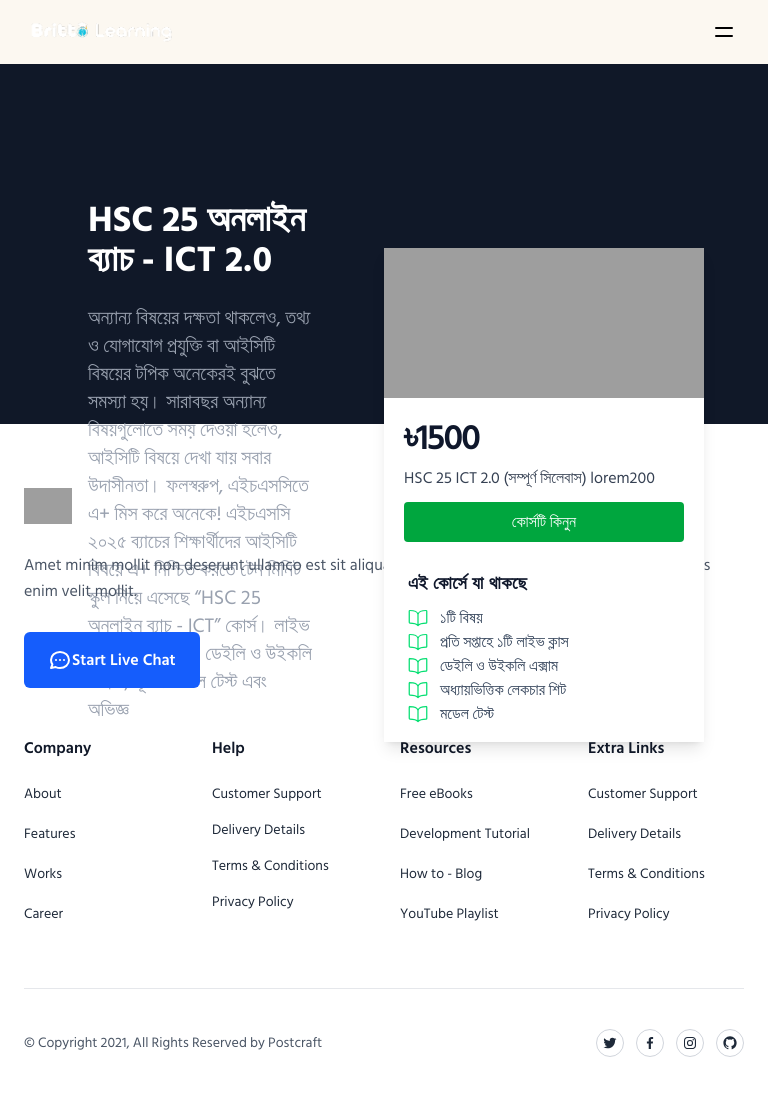
Repository: Ruddro420/course-selling
Page: /single-course
These files come from the project's save history. The page is drawn as it stood at one moment and after the next save; the edit follows.
The browser window is 768 px wide. The pictures show the whole page.
Pictures or frames that could not be fetched are drawn as grey boxes. The project was rebuilt for these pictures with package versions that can differ from the ones it lists, and the page was loaded fresh each time. Also part of the build but not shown: vite.config.js, src/components/AboutSection.jsx, src/components/ContactSection.jsx, src/components/CourseSection.jsx, src/components/Hero.jsx, src/components/TeamSection.jsx, src/components/WhyUsSection.jsx, src/pages/Home.jsx and 2 more.

Above is the page before, as saved 2025-02-06 03:43:09.

### index.html
<!doctype html>
<html lang="en">

<head>
  <meta charset="UTF-8" />
  <link rel="icon" type="image/svg+xml" href="/img/fav-icon.jpg" />
  <meta name="viewport" content="width=device-width, initial-scale=1.0" />
  <link rel="preconnect" href="https://fonts.googleapis.com">
  <link rel="preconnect" href="https://fonts.gstatic.com" crossorigin>
  <link href="https://fonts.googleapis.com/css2?family=Hind+Siliguri:wght@300;400;500;600;700&display=swap"
    rel="stylesheet">
  <title>Britto Learning</title>
</head>

<body>
  <div id="root"></div>
  <script type="module" src="/src/main.jsx"></script>
</body>

</html>

### src/main.jsx
import { StrictMode } from 'react'
import { createRoot } from 'react-dom/client'
import './index.css'
import {
  createBrowserRouter,
  RouterProvider,
} from "react-router-dom";
import Home from './pages/Home.jsx';
import MainLayout from './MainLayout/MainLayout.jsx';
import LoginPage from './pages/LoginPage.jsx';
import AuthPage from './pages/AuthPage.jsx';
import CoursePage from './pages/CoursePage.jsx';

const router = createBrowserRouter([
  {
    path: "/",
    element: <MainLayout />,
    children: [
      {
        path: '/',
        element: <Home />
      },
      {
        path: '/single-course',
        element: <CoursePage />
      }
    ]
  },
  {
    path: '/login',
    element: <LoginPage />
  },
  {
    path: '/register',
    element: <AuthPage />
  }
]);

createRoot(document.getElementById('root')).render(
  <StrictMode>
    <RouterProvider router={router} />
  </StrictMode>,
)

### src/index.css
@import "tailwindcss";
/* Hind Siliguri Font */
@import url('https://fonts.googleapis.com/css2?family=Hind+Siliguri:wght@300;400;500;600;700&display=swap');

/* Basic Setup */
body {
  font-family: "Hind Siliguri", serif!important;
}

### src/MainLayout/MainLayout.jsx
import { Outlet } from "react-router-dom";
import Header from "../components/Header";
import MainFooter from "../components/MainFooter";

const MainLayout = () => {
    return (
        <div>
            <Header />
            <Outlet />
            <MainFooter />
        </div>
    );
};

export default MainLayout;

### src/pages/CoursePage.jsx

import CourseHero from '../components/courseComponent/CourseHero';

const CoursePage = () => {
  return (
    <>
      <CourseHero />
    </>
  );
};

export default CoursePage;

### src/components/Header.jsx
import { Link } from "react-router-dom";

const Header = () => {
    return (
        <div>
            <header className="bg-[#FCF8F1] bg-opacity-30">
                <div className="px-4 mx-auto sm:px-6 lg:px-8">
                    <div className="flex items-center justify-between h-16 lg:h-20">
                        <div className="flex-shrink-0">
                            <a href="#" title="" className="flex">
                                <img className="w-auto h-8" src="../../img/logo.png" alt="" />
                            </a>
                        </div>

                        <button type="button" className="inline-flex p-2 text-black transition-all duration-200 rounded-md lg:hidden focus:bg-gray-100 hover:bg-gray-100">
                            {/*    <!-- Menu open: "hidden", Menu closed: "block" --> */}
                            <svg className="block w-6 h-6" xmlns="http://www.w3.org/2000/svg" fill="none" viewBox="0 0 24 24" stroke="currentColor">
                                <path strokeLinecap="round" strokeLinejoin="round" strokeWidth="2" d="M4 8h16M4 16h16"></path>
                            </svg>

                            {/*  <!-- Menu open: "block", Menu closed: "hidden" --> */}
                            <svg className="hidden w-6 h-6" xmlns="http://www.w3.org/2000/svg" fill="none" viewBox="0 0 24 24" stroke="currentColor">
                                <path strokeLinecap="round" strokeLinejoin="round" strokeWidth="2" d="M6 18L18 6M6 6l12 12"></path>
                            </svg>
                        </button>

                        <div className="hidden lg:flex lg:items-center lg:justify-center lg:space-x-10">
                            <a href="#" title="" className="text-base text-black transition-all duration-200 hover:text-opacity-80 font-bold"> হোম </a>

                            <a href="#" title="" className="text-base text-black transition-all duration-200 hover:text-opacity-80 font-bold"> আমাদের সম্পর্কে </a>

                            <a href="#" title="" className="text-base text-black transition-all duration-200 hover:text-opacity-80 font-bold"> কোর্স সমূহ </a>

                            <a href="#" title="" className="text-base text-black transition-all duration-200 hover:text-opacity-80 font-bold"> যোগাযোগ </a>
                        </div>

                        <Link to='/login' href="#" title="" className="hidden lg:inline-flex items-center justify-center px-5 py-2.5 text-base transition-all duration-200 hover:bg-yellow-300 hover:text-black focus:text-black focus:bg-yellow-300 font-semibold text-white bg-black rounded-full" role="button"> লগইন করুন </Link>
                    </div>
                </div>
            </header>
        </div>
    );
};

export default Header;

### src/components/MainFooter.jsx

const MainFooter = () => {
    return (
        <div>
            <section className="py-10 bg-white sm:pt-16 lg:pt-24">
                <div className="px-4 mx-auto sm:px-6 lg:px-8 max-w-7xl">
                    <div className="grid grid-cols-2 md:grid-cols-4 lg:grid-cols-12 gap-y-12 gap-x-8 xl:gap-x-12">
                        <div className="col-span-2 md:col-span-4 xl:pr-8">
                            <img className="w-auto h-9" src="https://cdn.rareblocks.xyz/collection/celebration/images/logo.svg" alt="" />

                            <p className="text-base leading-relaxed text-gray-600 mt-7">Amet minim mollit non deserunt ullamco est sit aliqua dolor do amet sint. Velit officia consequat duis enim velit mollit.</p>

                            <a href="#" title="" className="inline-flex items-center justify-center px-6 py-4 font-semibold text-white transition-all duration-200 bg-blue-600 rounded-md hover:bg-blue-700 focus:bg-blue-700 mt-7">
                                <svg className="w-6 h-6" xmlns="http://www.w3.org/2000/svg" fill="none" viewBox="0 0 24 24" stroke="currentColor">
                                    <path strokeLinecap="round" strokeLinejoin="round" strokeWidth="2" d="M8 12h.01M12 12h.01M16 12h.01M21 12c0 4.418-4.03 8-9 8a9.863 9.863 0 01-4.255-.949L3 20l1.395-3.72C3.512 15.042 3 13.574 3 12c0-4.418 4.03-8 9-8s9 3.582 9 8z" />
                                </svg>
                                Start Live Chat
                            </a>
                        </div>

                        <div className="lg:col-span-2">
                            <p className="text-base font-semibold text-gray-900">Company</p>

                            <ul className="mt-6 space-y-5">
                                <li>
                                    <a href="#" title="" className="flex text-sm text-gray-800 transition-all duration-200 hover:text-orange-600 focus:text-orange-600"> About </a>
                                </li>

                                <li>
                                    <a href="#" title="" className="flex text-sm text-gray-800 transition-all duration-200 hover:text-orange-600 focus:text-orange-600"> Features </a>
                                </li>

                                <li>
                                    <a href="#" title="" className="flex text-sm text-gray-800 transition-all duration-200 hover:text-orange-600 focus:text-orange-600"> Works </a>
                                </li>

                                <li>
                                    <a href="#" title="" className="flex text-sm text-gray-800 transition-all duration-200 hover:text-orange-600 focus:text-orange-600"> Career </a>
                                </li>
                            </ul>
                        </div>

                        <div className="lg:col-span-2">
                            <p className="text-base font-semibold text-gray-900">Help</p>

                            <ul className="mt-6 space-y-4">
                                <li>
                                    <a href="#" title="" className="flex text-sm text-gray-800 transition-all duration-200 hover:text-orange-600 focus:text-orange-600"> Customer Support </a>
                                </li>

                                <li>
                                    <a href="#" title="" className="flex text-sm text-gray-800 transition-all duration-200 hover:text-orange-600 focus:text-orange-600"> Delivery Details </a>
                                </li>

                                <li>
                                    <a href="#" title="" className="flex text-sm text-gray-800 transition-all duration-200 hover:text-orange-600 focus:text-orange-600"> Terms & Conditions </a>
                                </li>

                                <li>
                                    <a href="#" title="" className="flex text-sm text-gray-800 transition-all duration-200 hover:text-orange-600 focus:text-orange-600"> Privacy Policy </a>
                                </li>
                            </ul>
                        </div>

                        <div className="lg:col-span-2">
                            <p className="text-base font-semibold text-gray-900">Resources</p>

                            <ul className="mt-6 space-y-5">
                                <li>
                                    <a href="#" title="" className="flex text-sm text-gray-800 transition-all duration-200 hover:text-orange-600 focus:text-orange-600"> Free eBooks </a>
                                </li>

                                <li>
                                    <a href="#" title="" className="flex text-sm text-gray-800 transition-all duration-200 hover:text-orange-600 focus:text-orange-600"> Development Tutorial </a>
                                </li>

                                <li>
                                    <a href="#" title="" className="flex text-sm text-gray-800 transition-all duration-200 hover:text-orange-600 focus:text-orange-600"> How to - Blog </a>
                                </li>

                                <li>
                                    <a href="#" title="" className="flex text-sm text-gray-800 transition-all duration-200 hover:text-orange-600 focus:text-orange-600"> YouTube Playlist </a>
                                </li>
                            </ul>
                        </div>

                        <div className="lg:col-span-2">
                            <p className="text-base font-semibold text-gray-900">Extra Links</p>

                            <ul className="mt-6 space-y-5">
                                <li>
                                    <a href="#" title="" className="flex text-sm text-gray-800 transition-all duration-200 hover:text-orange-600 focus:text-orange-600"> Customer Support </a>
                                </li>

                                <li>
                                    <a href="#" title="" className="flex text-sm text-gray-800 transition-all duration-200 hover:text-orange-600 focus:text-orange-600"> Delivery Details </a>
                                </li>

                                <li>
                                    <a href="#" title="" className="flex text-sm text-gray-800 transition-all duration-200 hover:text-orange-600 focus:text-orange-600"> Terms & Conditions </a>
                                </li>

                                <li>
                                    <a href="#" title="" className="flex text-sm text-gray-800 transition-all duration-200 hover:text-orange-600 focus:text-orange-600"> Privacy Policy </a>
                                </li>
                            </ul>
                        </div>
                    </div>

                    <hr className="mt-16 mb-10 border-gray-200" />

                    <div className="sm:flex sm:items-center sm:justify-between">
                        <p className="text-sm text-gray-600">© Copyright 2021, All Rights Reserved by Postcraft</p>

                        <ul className="flex items-center mt-5 space-x-3 md:order-3 sm:mt-0">
                            <li>
                                <a
                                    href="#"
                                    title=""
                                    className="flex items-center justify-center text-gray-800 transition-all duration-200 bg-transparent border border-gray-300 rounded-full w-7 h-7 focus:bg-orange-600 hover:text-white focus:text-white hover:bg-orange-600 hover:border-orange-600 focus:border-orange-600"
                                >
                                    <svg className="w-4 h-4" xmlns="http://www.w3.org/2000/svg" viewBox="0 0 24 24" fill="currentColor">
                                        <path
                                            d="M19.633 7.997c.013.175.013.349.013.523 0 5.325-4.053 11.461-11.46 11.461-2.282 0-4.402-.661-6.186-1.809.324.037.636.05.973.05a8.07 8.07 0 0 0 5.001-1.721 4.036 4.036 0 0 1-3.767-2.793c.249.037.499.062.761.062.361 0 .724-.05 1.061-.137a4.027 4.027 0 0 1-3.23-3.953v-.05c.537.299 1.16.486 1.82.511a4.022 4.022 0 0 1-1.796-3.354c0-.748.199-1.434.548-2.032a11.457 11.457 0 0 0 8.306 4.215c-.062-.3-.1-.611-.1-.923a4.026 4.026 0 0 1 4.028-4.028c1.16 0 2.207.486 2.943 1.272a7.957 7.957 0 0 0 2.556-.973 4.02 4.02 0 0 1-1.771 2.22 8.073 8.073 0 0 0 2.319-.624 8.645 8.645 0 0 1-2.019 2.083z"
                                        ></path>
                                    </svg>
                                </a>
                            </li>

                            <li>
                                <a
                                    href="#"
                                    title=""
                                    className="flex items-center justify-center text-gray-800 transition-all duration-200 bg-transparent border border-gray-300 rounded-full w-7 h-7 focus:bg-orange-600 hover:text-white focus:text-white hover:bg-orange-600 hover:border-orange-600 focus:border-orange-600"
                                >
                                    <svg className="w-4 h-4" xmlns="http://www.w3.org/2000/svg" viewBox="0 0 24 24" fill="currentColor">
                                        <path d="M13.397 20.997v-8.196h2.765l.411-3.209h-3.176V7.548c0-.926.258-1.56 1.587-1.56h1.684V3.127A22.336 22.336 0 0 0 14.201 3c-2.444 0-4.122 1.492-4.122 4.231v2.355H7.332v3.209h2.753v8.202h3.312z"></path>
                                    </svg>
                                </a>
                            </li>

                            <li>
                                <a
                                    href="#"
                                    title=""
                                    className="flex items-center justify-center text-gray-800 transition-all duration-200 bg-transparent border border-gray-300 rounded-full w-7 h-7 focus:bg-orange-600 hover:text-white focus:text-white hover:bg-orange-600 hover:border-orange-600 focus:border-orange-600"
                                >
                                    <svg className="w-4 h-4" xmlns="http://www.w3.org/2000/svg" viewBox="0 0 24 24" fill="currentColor">
                                        <path d="M11.999 7.377a4.623 4.623 0 1 0 0 9.248 4.623 4.623 0 0 0 0-9.248zm0 7.627a3.004 3.004 0 1 1 0-6.008 3.004 3.004 0 0 1 0 6.008z"></path>
                                        <circle cx="16.806" cy="7.207" r="1.078"></circle>
                                        <path
                                            d="M20.533 6.111A4.605 4.605 0 0 0 17.9 3.479a6.606 6.606 0 0 0-2.186-.42c-.963-.042-1.268-.054-3.71-.054s-2.755 0-3.71.054a6.554 6.554 0 0 0-2.184.42 4.6 4.6 0 0 0-2.633 2.632 6.585 6.585 0 0 0-.419 2.186c-.043.962-.056 1.267-.056 3.71 0 2.442 0 2.753.056 3.71.015.748.156 1.486.419 2.187a4.61 4.61 0 0 0 2.634 2.632 6.584 6.584 0 0 0 2.185.45c.963.042 1.268.055 3.71.055s2.755 0 3.71-.055a6.615 6.615 0 0 0 2.186-.419 4.613 4.613 0 0 0 2.633-2.633c.263-.7.404-1.438.419-2.186.043-.962.056-1.267.056-3.71s0-2.753-.056-3.71a6.581 6.581 0 0 0-.421-2.217zm-1.218 9.532a5.043 5.043 0 0 1-.311 1.688 2.987 2.987 0 0 1-1.712 1.711 4.985 4.985 0 0 1-1.67.311c-.95.044-1.218.055-3.654.055-2.438 0-2.687 0-3.655-.055a4.96 4.96 0 0 1-1.669-.311 2.985 2.985 0 0 1-1.719-1.711 5.08 5.08 0 0 1-.311-1.669c-.043-.95-.053-1.218-.053-3.654 0-2.437 0-2.686.053-3.655a5.038 5.038 0 0 1 .311-1.687c.305-.789.93-1.41 1.719-1.712a5.01 5.01 0 0 1 1.669-.311c.951-.043 1.218-.055 3.655-.055s2.687 0 3.654.055a4.96 4.96 0 0 1 1.67.311 2.991 2.991 0 0 1 1.712 1.712 5.08 5.08 0 0 1 .311 1.669c.043.951.054 1.218.054 3.655 0 2.436 0 2.698-.043 3.654h-.011z"
                                        ></path>
                                    </svg>
                                </a>
                            </li>

                            <li>
                                <a
                                    href="#"
                                    title=""
                                    className="flex items-center justify-center text-gray-800 transition-all duration-200 bg-transparent border border-gray-300 rounded-full w-7 h-7 focus:bg-orange-600 hover:text-white focus:text-white hover:bg-orange-600 hover:border-orange-600 focus:border-orange-600"
                                >
                                    <svg className="w-4 h-4" xmlns="http://www.w3.org/2000/svg" viewBox="0 0 24 24" fill="currentColor">
                                        <path
                                            fillRule="evenodd"
                                            clipRule="evenodd"
                                            d="M12.026 2c-5.509 0-9.974 4.465-9.974 9.974 0 4.406 2.857 8.145 6.821 9.465.499.09.679-.217.679-.481 0-.237-.008-.865-.011-1.696-2.775.602-3.361-1.338-3.361-1.338-.452-1.152-1.107-1.459-1.107-1.459-.905-.619.069-.605.069-.605 1.002.07 1.527 1.028 1.527 1.028.89 1.524 2.336 1.084 2.902.829.091-.645.351-1.085.635-1.334-2.214-.251-4.542-1.107-4.542-4.93 0-1.087.389-1.979 1.024-2.675-.101-.253-.446-1.268.099-2.64 0 0 .837-.269 2.742 1.021a9.582 9.582 0 0 1 2.496-.336 9.554 9.554 0 0 1 2.496.336c1.906-1.291 2.742-1.021 2.742-1.021.545 1.372.203 2.387.099 2.64.64.696 1.024 1.587 1.024 2.675 0 3.833-2.33 4.675-4.552 4.922.355.308.675.916.675 1.846 0 1.334-.012 2.41-.012 2.737 0 .267.178.577.687.479C19.146 20.115 22 16.379 22 11.974 22 6.465 17.535 2 12.026 2z"
                                        ></path>
                                    </svg>
                                </a>
                            </li>
                        </ul>
                    </div>
                </div>
            </section>

        </div>
    );
};

export default MainFooter;

### src/components/courseComponent/CourseHero.jsx
import { IoBookOutline } from "react-icons/io5";

const CourseHero = () => {
  return (
    <div className="h-90">
      <div className="bg-gray-900 course-hero-section flex items-center justify-between mx-auto p-4 ">
        <div className="container mx-auto mt-10 max-w-screen-xl md:px-12">
          <div className="flex flex-col course-hero md:flex-row md:gap-12">

            <div className="md:w-1/2 lg:w-2/3 pt-20 px-6 flex-grow hero-cards">
              <h1 className=" md:text-4xl text-xl text-white font-bold mb-6">
                HSC 25 অনলাইন ব্যাচ - ICT 2.0
              </h1>
              <p className="text-md md:text-xl lg:text-xl text-gray-400 mb-8">
                অন্যান্য বিষয়ের দক্ষতা থাকলেও, তথ্য ও যোগাযোগ প্রযুক্তি বা
                আইসিটি বিষয়ের টপিক অনেকেরই বুঝতে সমস্যা হয়। সারাবছর অন্যান্য
                বিষয়গুলোতে সময় দেওয়া হলেও, আইসিটি বিষয়ে দেখা যায় সবার উদাসীনতা।
                ফলস্বরুপ, এইচএসসিতে এ+ মিস করে অনেকে! এইচএসসি ২০২৫ ব্যাচের
                শিক্ষার্থীদের আইসিটি বিষয়ে এ+ নিশ্চিত করতে টেন মিনিট স্কুল নিয়ে
                এসেছে “HSC 25 অনলাইন ব্যাচ - ICT” কোর্স। লাইভ ক্লাস, লেকচার শিট,
                ডেইলি ও উইকলি এক্সাম, পূর্ণাঙ্গ মডেল টেস্ট এবং অভিজ্ঞ
              </p>
            </div>

            <div className="md:w-1/2 lg:w-1/3 z-40  pt-20  md:mt-12  flex-shrink-0 hero-cards hero-cards2">
              <div className="max-w-md pb-4  bg-white  border-gray-200 dark:bg-gray-800 dark:border-gray-700  shadow-lg main-card">
                <a href="#">
                  <iframe
                    className="w-full card-vedio"
                    src="https://www.youtube.com/embed/IjlYXtI2-GU?si=gBJ8wmkM5Jta3u4m"
                    title="YouTube video player"
                    frameBorder="0"
                    allow="accelerometer; autoplay; clipboard-write; encrypted-media; gyroscope; picture-in-picture; web-share"
                    referrerPolicy="strict-origin-when-cross-origin"
                    allowFullScreen
                  ></iframe>
                </a>
                {/* Fee-container */}
                <div className="suggestion-pricing dark:text-white">
                  <div className="p-5">
                    <a href="#">
                      <h5 className="mb-2 text-2xl font-bold tracking-tight text-gray-900 dark:text-white">
                        <span className="text-4xl font-semibold text-slate-900 tracking-tighter">
                          ৳1500
                        </span>
                      </h5>
                    </a>
                    <p className="mb-3 font-normal dark:text-white text-gray-700">
                      HSC 25 ICT 2.0 (সম্পূর্ণ সিলেবাস) lorem200
                    </p>
                    <button className="bg-green-600 whitespace-nowrap text-center md:w-full w-full rounded py-2 lg:py-2 text-white ">
                      কোর্সটি কিনুন
                    </button>
                  </div>

                  <div className="">
                    <h3 className="text-lg  font-bold text-slate-900 tracking-wide uppercase px-6 py-2">
                      এই কোর্সে যা থাকছে
                    </h3>
                    <li className="flex space-x-3 items-center px-6">
                      <IoBookOutline className="flex-shrink-0  h-5 w-5 text-green-400" />
                      <span className="text-base text-slate-700">১টি বিষয়</span>
                    </li>
                    <li className="flex space-x-3 items-center px-6">
                      <IoBookOutline className="flex-shrink-0  h-5 w-5 text-green-400" />
                      <span className="text-base text-slate-700">
                        প্রতি সপ্তাহে ১টি লাইভ ক্লাস
                      </span>
                    </li>
                    <li className="flex space-x-3 items-center px-6">
                      <IoBookOutline className="flex-shrink-0  h-5 w-5 text-green-400" />
                      <span className="text-base text-slate-700">
                        ডেইলি ও উইকলি এক্সাম
                      </span>
                    </li>
                    <li className="flex space-x-3 items-center px-6">
                      <IoBookOutline className="flex-shrink-0  h-5 w-5 text-green-400" />
                      <span className="text-base text-slate-700">
                        অধ্যায়ভিত্তিক লেকচার শিট
                      </span>
                    </li>
                    <li className="flex space-x-3 items-center px-6">
                      <IoBookOutline className="flex-shrink-0  h-5 w-5 text-green-400" />
                      <span className="text-base text-slate-700">
                        মডেল টেস্ট
                      </span>
                    </li>
                  </div>
                </div>
              </div>
            </div>


          </div>
        </div>
      </div>
    </div>
  );
};

export default CourseHero;

After the next save:
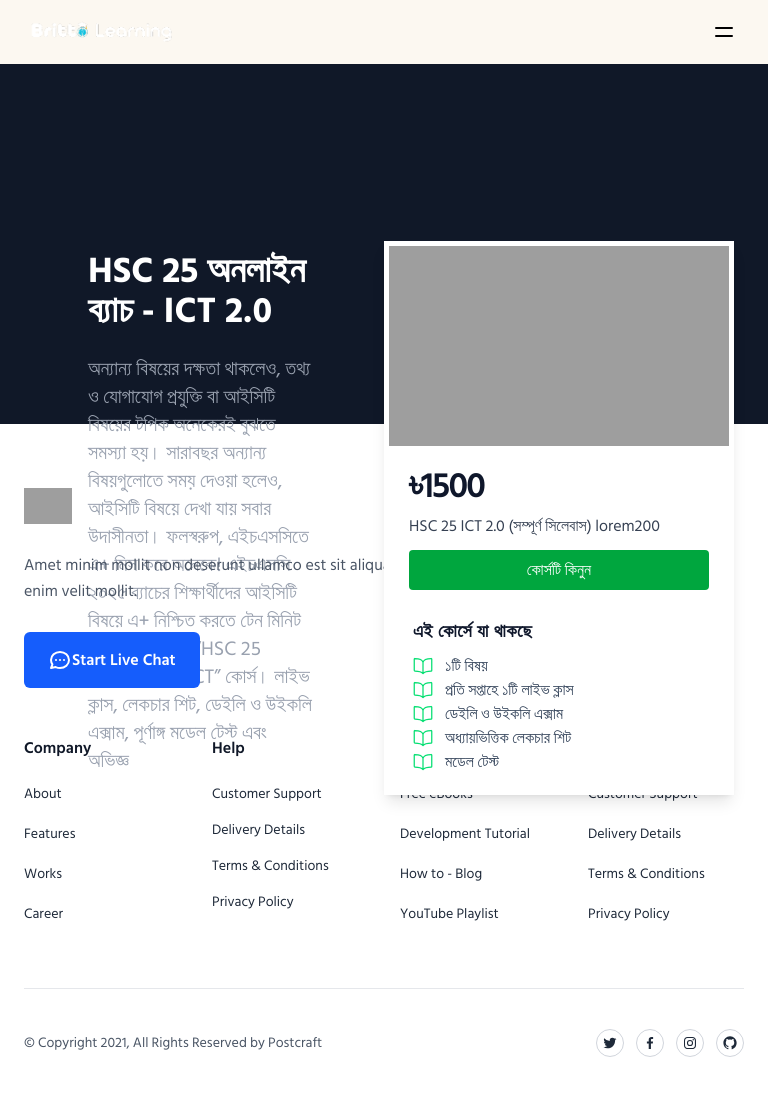
Saved 43 s later.
--- a/src/index.css
+++ b/src/index.css
@@ -6,3 +6,55 @@
 body {
   font-family: "Hind Siliguri", serif!important;
 }
+.course{
+  padding-top: 4rem;
+}
+
+.main-card{
+  border: 5px solid white;
+  width: 400px;
+}
+.hero-cards{
+  margin-top: 200px;
+}
+.card-vedio{
+  height: 200px;
+}
+
+
+.sylebus{
+  width: 616px;
+}
+
+@media(max-width:768px){
+
+  .course-hero-section {
+
+      height: 550px;
+      margin-bottom: 400px;
+  }
+  .course{
+      /* height: 550px; */
+
+  }
+  .course-hero{
+      margin-top: 330px;
+  }
+  .hero-cards{
+      margin-top: 0px;
+      padding-top: 10px;
+  }
+  .hero-cards2{
+      margin-top: 0px;
+      padding-top: 0px;
+  }
+  .main-card{
+      border: 5px solid white;
+      width: 350px;
+      margin: auto;
+  }
+  .sylebus{
+      width: 360px;
+  }
+
+}
